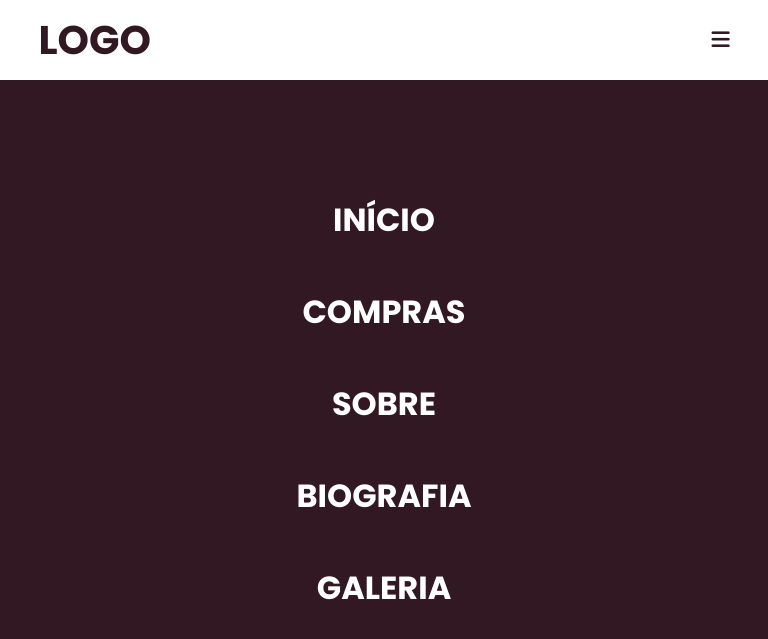
Repository: Matheus904-12/Teste
Page: teste.html
The author's editor kept a copy of each file at every save. The page is drawn from the files as they stood at one save, then again after a run of saves.
The browser window is 768 px wide. The pictures show the whole page.
The pointer rests on the first visible `header nav .menu li a`.
Some web libraries are served in a nearby version.

Above is the page before, as saved 2023-11-01 10:26:03.

After the next 8 saves:
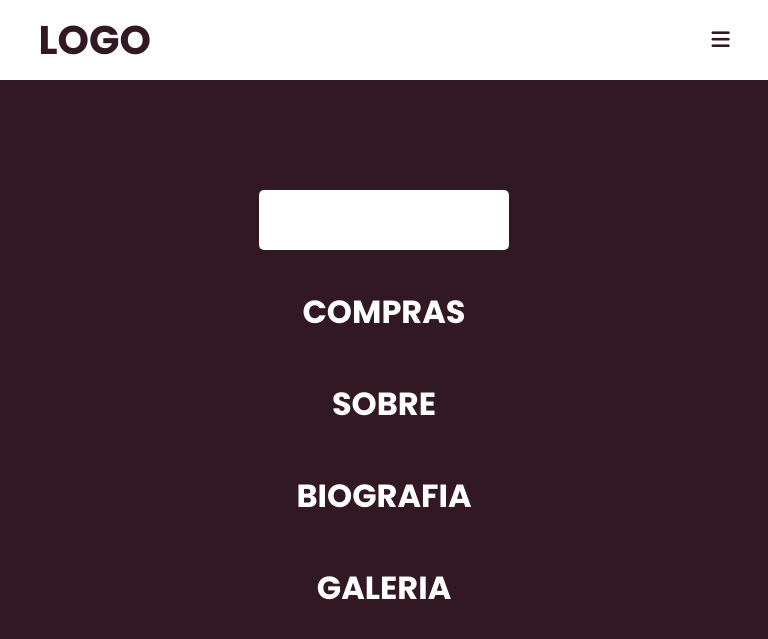
The 8 saves are shown as one change because they came seconds apart.
The last was saved 30 s later.
--- a/css.css
+++ b/css.css
@@ -104,6 +104,6 @@ header nav #toggle {
         transition: 0.25s ease;
     }
     header nav .menu li a:hover {
-        bac
+        background: #ffffff;
     }
 }
